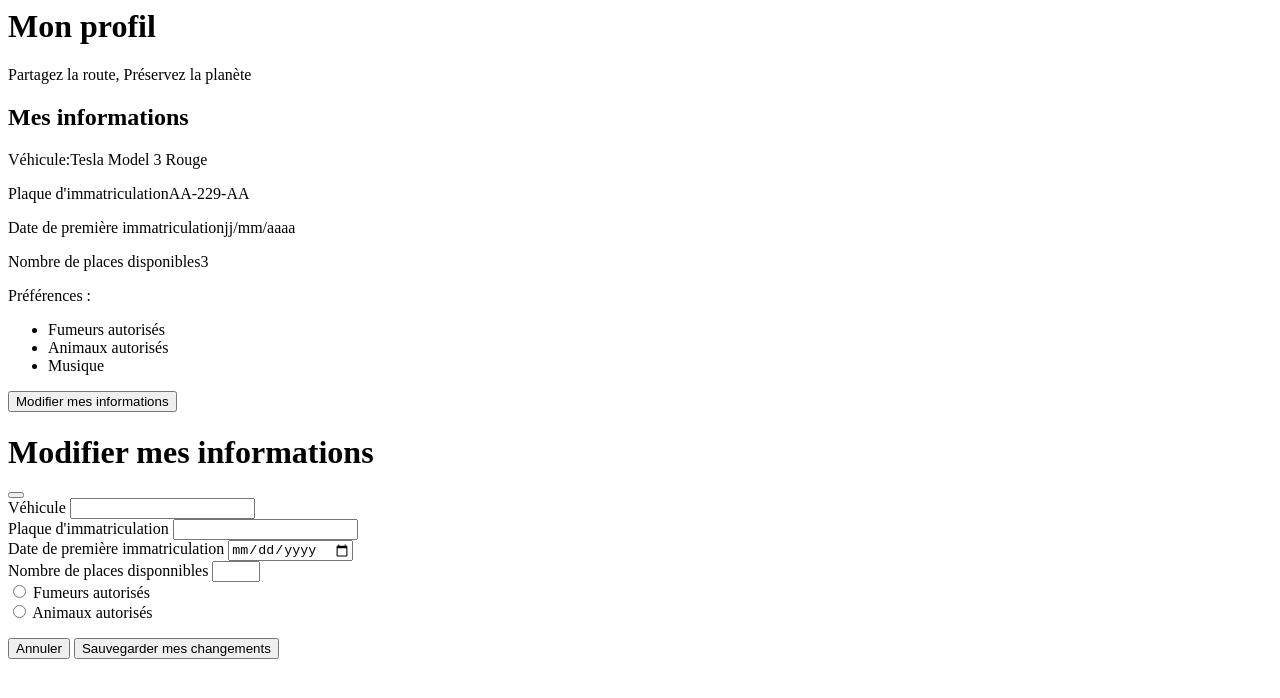
Repository: lemonhao9/ECF
Page: pages/auth/profile.html
These files come from the project's save history. The page is drawn as it stood at one moment and after the next save; the edit follows.
The browser window is 1280 px wide. The pictures show the whole page.

Above is the page before, as saved 2025-02-14 15:19:47.

### pages/auth/profile.html
<div class="hero-scene text-center text-secondary">
    <div class="hero-scene-content">
        <h1>Mon profil</h1>
        <p>Partagez la route, Préservez la planète</p>
    </div>
</div>

<div class="container p-4 mt-4 mb-4">
    <div class="card text-center bg-dark text-light">
        <div>
            <h2 class="text-secondary pt-3">Mes informations</h2>
        </div>
        <div>
            <div>
                <p>Véhicule:<span id="vehicule">Tesla Model 3 Rouge</span></p>
                <p>Plaque d'immatriculation<span id="plaque">AA-229-AA</span></p>
                <p>Date de première immatriculation<span id="dateImmat">jj/mm/aaaa</span></p>
                <p>Nombre de places disponibles<span id="placeDisp">3</span></p>
            <p>Préférences :</p>
            <ul class="text-center">
                <li id="fumeurs">Fumeurs autorisés</li>
                <li id="animaux">Animaux autorisés</li>
                <li id="autrePref">Musique</li>
            </ul>
            </div>
            <!--Bouton qui enclenche une modal pour modifier les informations de l'utilisateur-->
            <div class="pb-3">
                <button class="btn btn-secondary" data-bs-toggle="modal" data-bs-target="#editmodal">Modifier mes informations</button>
            </div>
        </div>
    </div>
</div>

<!--La modal-->
<div class="modal fade" id="editmodal" data-bs-backdrop="static" data-bs-keyboard="false" tabindex="-1" aria-labelledby="staticBackdropLabel" aria-hidden="true">
    <div class="modal-dialog">
      <div class="modal-content">
        <div class="modal-header">
          <h1 class="modal-title fs-5" id="staticBackdropLabel">Modifier mes informations</h1>
          <button type="button" class="btn-close" data-bs-dismiss="modal" aria-label="Close"></button>
        </div>
        <div class="modal-body">
          <form>
            <div class="mb-3">
                <label for="vehiculeInput" class="form-label">Véhicule</label>
                <input type="text" class="form-control" id="vehiculeInput">
            </div>
            <div class="mb-3">
                <label for="plaqueInput" class="form-label">Plaque d'immatriculation</label>
                <input type="text" class="form-control" id="plaqueInput">
            </div>
            <div class="mb-3">
                <label for="dateImmatInput" class="form-label">Date de première immatriculation</label>
                <input type="date" class="form-control" id="dateImmatInput">
            </div>
            <div class="mb-3">
                <label for="placesDispInput" class="form-label">Nombre de places disponnibles</label>
                <input type="number" class="form-control" id="placesDispInput" min="1" max="5">
            </div>
            <div class="mb-3">
                <input type="radio" class="form-check-input" id="fumeursInput">
                <label for="fumeursInput" class="form-check-label">Fumeurs autorisés</label>
            </div>
            <div class="mb-3">
                <input type="radio" class="form-check-input" id="animauxInput">
                <label for="animauxInput" class="form-check-label">Animaux autorisés</label>
            </div>
          </form>
        </div>
        <div class="modal-footer">
          <button type="button" class="btn btn-secondary" data-bs-dismiss="modal">Annuler</button>
          <button type="button" class="btn btn-primary" id="saveInfo">Sauvegarder mes changements</button>
        </div>
      </div>
    </div>
  </div>

After the next save:
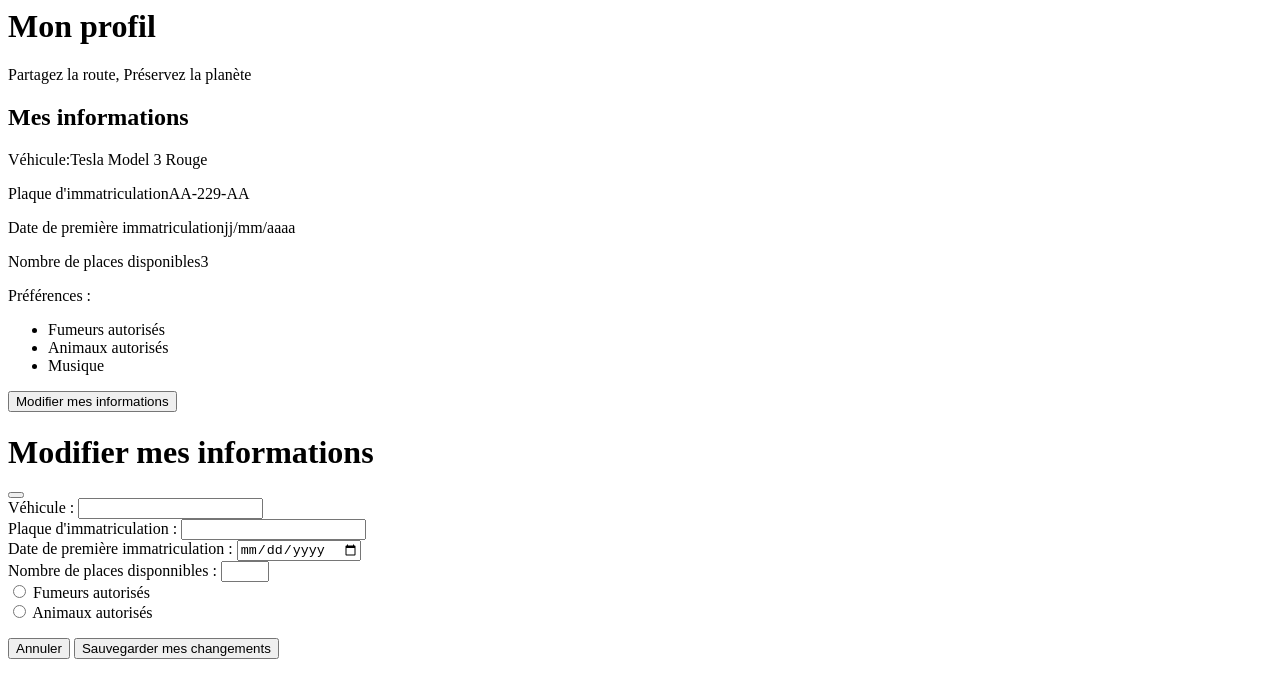
Saved 71 s later.
--- a/pages/auth/profile.html
+++ b/pages/auth/profile.html
@@ -42,19 +42,19 @@
         <div class="modal-body">
           <form>
             <div class="mb-3">
-                <label for="vehiculeInput" class="form-label">Véhicule</label>
+                <label for="vehiculeInput" class="form-label">Véhicule :</label>
                 <input type="text" class="form-control" id="vehiculeInput">
             </div>
             <div class="mb-3">
-                <label for="plaqueInput" class="form-label">Plaque d'immatriculation</label>
+                <label for="plaqueInput" class="form-label">Plaque d'immatriculation :</label>
                 <input type="text" class="form-control" id="plaqueInput">
             </div>
             <div class="mb-3">
-                <label for="dateImmatInput" class="form-label">Date de première immatriculation</label>
+                <label for="dateImmatInput" class="form-label">Date de première immatriculation :</label>
                 <input type="date" class="form-control" id="dateImmatInput">
             </div>
             <div class="mb-3">
-                <label for="placesDispInput" class="form-label">Nombre de places disponnibles</label>
+                <label for="placesDispInput" class="form-label">Nombre de places disponnibles :</label>
                 <input type="number" class="form-control" id="placesDispInput" min="1" max="5">
             </div>
             <div class="mb-3">
